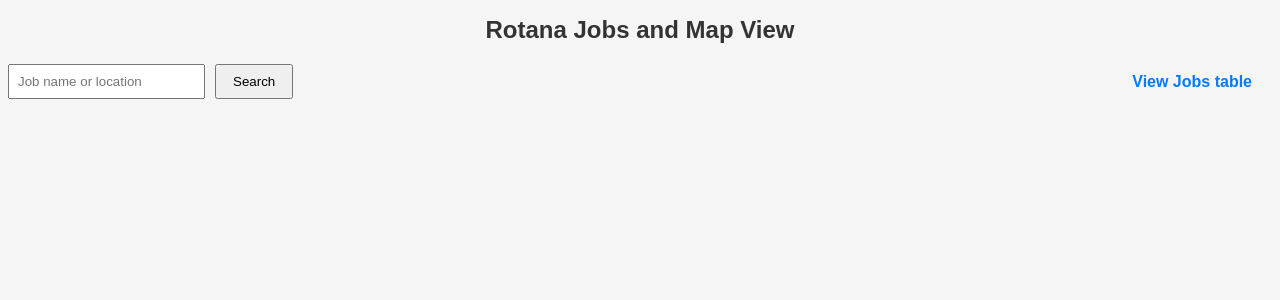
Repository: Reham28/RotanaJobs
Page: public/map.html
An editor plug-in stored every save of this project. The page is shown before and after the next save, followed by the edit.
The browser window is 1280 px wide. The pictures show the whole page.

Above is the page before, as saved 2023-09-16 19:21:36.

After the next save:
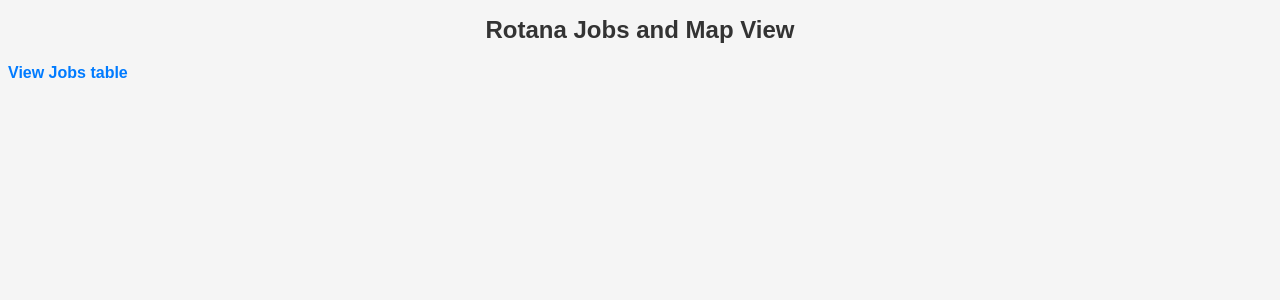
Saved 12 s later.
--- a/public/map.html
+++ b/public/map.html
@@ -9,11 +9,6 @@
 <body>
     <h1>Rotana Jobs and Map View</h1>
     <div class="top-bar">
-        <div class="search">
-          <input type="text" id="searchInput" placeholder="Job name or location ">
-          <button onclick="searchJobs()">Search</button>
-        </div>
-
         <div class="nav-link">
           <a href="index.html">View Jobs table</a>
         </div>
